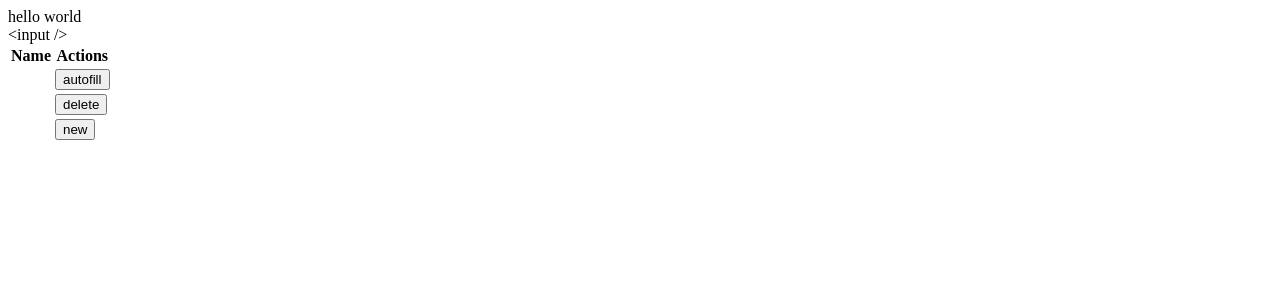
Repository: MomchilAngelov/my-ip-2015-2016
Page: Projects_Java/Test/WebContent/index.html
An editor plug-in stored every save of this project. The page is shown before and after the next save, followed by the edit.
The browser window is 1280 px wide. The pictures show the whole page.
After loading, the first visible `#add` was clicked once.

Above is the page before, as saved 2015-12-11 15:54:31.

### Projects_Java/Test/WebContent/index.html
<html>
	<head>
		<meta http-equiv="Content-Type" content="text/html; charset=utf-8" />
		<script type="text/javascript" src="js/jquery.js"></script>
		<script type="text/javascript" src="js/lodash.3.10.1.js"></script>
		<script type="text/javascript" src="js/main.js"></script>
		<title>2</title>
	</head>
	<body>
		<div>hello world</div>
		<span>
			<span></span>
		</span>
		<span></span>
		<table>
			<thead>
				<tr>
					<th>Name</th>
					<th>Actions</th>
				</tr>
			</thead>
			<tbody>
				<tr>
					<td class="autofill-data" data-autofill-value="row1"></td>
					<td><button type="button" class="autofill-action">autofill</button></td>
				</tr>
				<tr>
					<td></td>
					<td><button type="button" id="remove">delete</button></td>
				</tr>
				<tr>
					<td></td>
					<td><button type="button" id="add">new</button></td>
				</tr>
				<tr>
					<td class="autofill-data" data-autofill-value="row2"></td>
					<td></td>
				</tr>
			</tbody>
		</table>
	</body>
</html>

### Projects_Java/Test/WebContent/js/main.js
$(document).ready(function(){
	"use strict"

	$("#remove").on("click", function(){
		var myVal = $("div");
		_.each(myVal, function(value){
			value.remove();
		});
	});

	$("#add").on("click", function(){
		var add = $("span").has("span");
		add.text("<input />");

	});
});

Loaded but not shown: Projects_Java/Test/WebContent/js/jquery.js (library); Projects_Java/Test/WebContent/js/lodash.3.10.1.js (library)

After the next save:
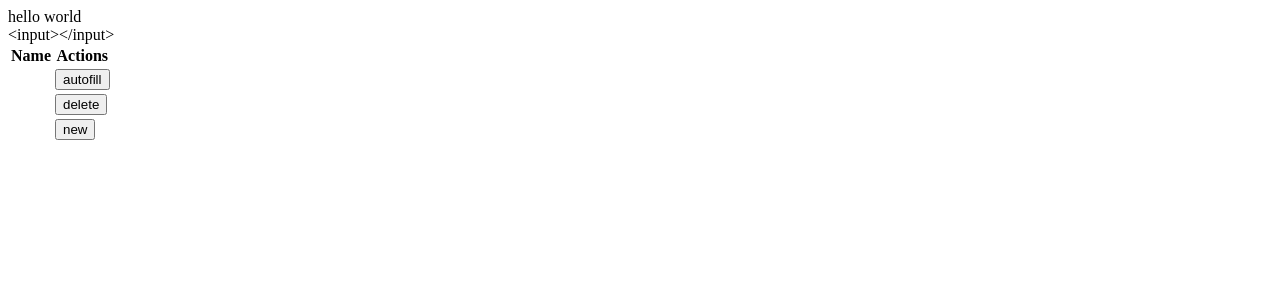
Saved 34 s later.
--- a/Projects_Java/Test/WebContent/js/main.js
+++ b/Projects_Java/Test/WebContent/js/main.js
@@ -10,7 +10,7 @@ $(document).ready(function(){
 
 	$("#add").on("click", function(){
 		var add = $("span").has("span");
-		add.text("<input />");
+		add.text("<input></input>");
 
 	});
 });
